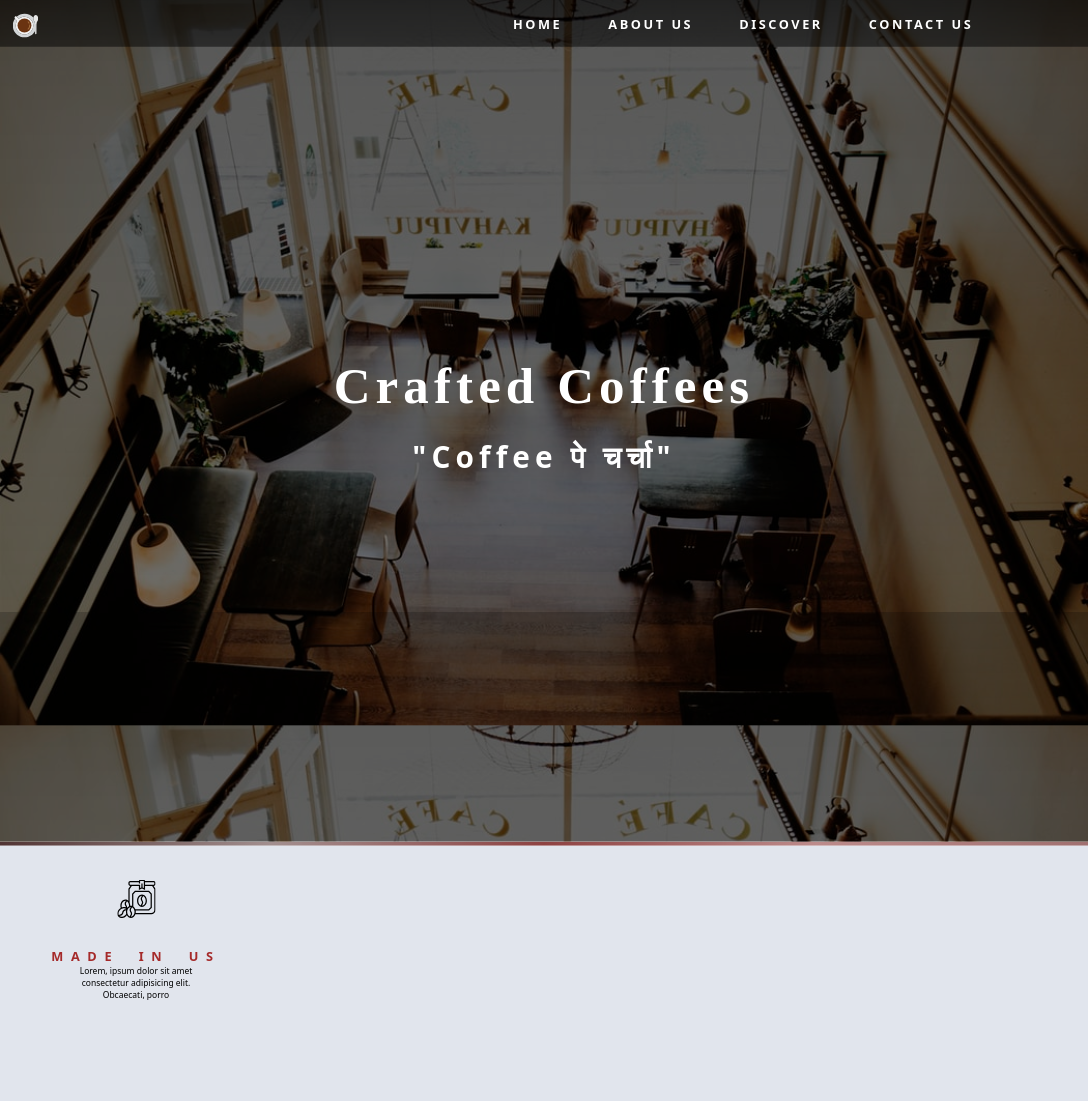
Repository: Aditya0377/Assignments
Page: Assignment/coffee/index.html
An editor plug-in stored every save of this project. The page is shown before and after the next save, followed by the edit.
The browser window is 1280 px wide. The pictures show the whole page, at 85% of full size.
Backgrounds fixed to the window are drawn as part of the page. Some web libraries are served in a nearby version.

Above is the page before, as saved 2024-02-02 14:31:01.

### Assignment/coffee/index.html
<!DOCTYPE html>
<html lang="en">

<head>
    <meta charset="UTF-8">
    <meta name="viewport" content="width=device-width, initial-scale=1.0">
    <title>Coffee</title>
    <link rel="stylesheet" href="coffee.css">
    <link rel="stylesheet" href="https://cdn.linearicons.com/free/1.0.0/icon-font.min.css">
    <script src="https://kit.fontawesome.com/edd85780d6.js" crossorigin="anonymous"></script>
</head>

<body>
    <div class="head">
        <div class="navbar">
            <a href="" class="logo"><img src="assets/logo.svg" alt=""></a>
            <div class="navmenu">
                <a href="" class="navcont">HOME</a>
                <a href="" class="navcont">ABOUT US</a>
                <a href="" class="navcont">DISCOVER</a>
                <a href="" class="navcont">CONTACT US</a>

            </div>
        </div>
        <div class="headcont">
            <h1>Crafted Coffees</h1>
            <h2>"Coffee पे चर्चा"</h2>
            <div class="arrow">
                <span class="lnr lnr-chevron-down"></span>
            </div>
        </div>
    </div>
    <div class="linearline"></div>
    <div class="one">
        <div class="onecont">
            <div><img src="assets/coffeebag.svg" alt="" class="onelogo"></div>
            <div class="onehead">MADE IN US</div>
            <div class="lorem">Lorem, ipsum dolor sit amet<br> consectetur adipisicing elit.<br> Obcaecati, porro</div>
        </div>
    </div>
</body>

</html>

### Assignment/coffee/coffee.css
* {
    margin: 0;
    padding: 0;
    box-sizing: border-box;
    font-family: system-ui, -apple-system, BlinkMacSystemFont, 'Segoe UI', Roboto, Oxygen, Ubuntu, Cantarell, 'Open Sans', 'Helvetica Neue', sans-serif;
    ;
}

a {
    text-decoration: none;
    color: black;
}

.head {
    width: 100%;
    background: linear-gradient(rgba(0, 0, 0, 0.6), rgba(0, 0, 0, 0.5)), url(assets/bg1.jpeg) center/cover no-repeat;
    background-repeat: no-repeat;
    background-attachment: fixed;
    background-size: cover;
    height: 990px;
    position: relative;
    display: flex;
    flex-direction: column;
    align-items: center;
    text-align: center;
}

.navbar {
    display: flex;
    align-items: center;
    width: 100%;
    height: 55px;
    background-image: linear-gradient(rgba(0, 0, 0, 0.6), rgba(0, 0, 0, 0.5));
    position: fixed;
    z-index: 999;

}

.navmenu {
    position: inherit;
    right: 0px;
    margin-right: 85px
}

.logo {
    align-self: flex-start;
    margin: 15px;
}

.navbar img {
    width: 30px;
}

.navcont {
    font-weight: 600;
    letter-spacing: 3px;
    font-size: 15px;
    margin-right: 50px;
    color: white;
}

.navcont:hover {
    transition: 0.5s ease;
    color: brown;
}

.headcont {
    margin-top: 420px;
    letter-spacing: 6px;
    color: white;
}

.headcont h1 {
    font-size: 60px;
    font-family: SpartanLimport;

}

.headcont h2 {
    font-weight: 600;
    margin-top: 25px;
    font-size: 35px;
    margin-bottom: 340px;
}

.lnr-chevron-down {
    font-size: 40px;
}

.arrow {
    animation-name: arrowdown;
    animation-duration: 3s;
    animation-iteration-count: infinite;
}

@keyframes arrowdown {
    0% {
        transform: translateY(0px);
    }

    50% {
        transform: translateY(50px);
    }

    100% {
        transform: translateY(0px);
    }
}

.linearline {
    width: 100%;
    background-image: linear-gradient(to left, #a07070, #bc8b8b, #8e4242, #a28f8f, #513434);
    height: 5px;
}

.one {
    width: 100%;
    display: flex;
    justify-content: p;
    align-items: center;
    background-color: #e1e5ed;
}

.onecont {
    height: 300px;
    width: 25%;
    text-align: center;

}

.onelogo {
    margin-top: 40px;
    width: 45px;
}

.onehead {
    font-size: 15px;
    letter-spacing: 9px;
    word-spacing: 10px;
    margin-top: 30px;
    color: brown;
    font-weight: 700;
}

.lorem {
    font-size: 10px;
}

After the next save:
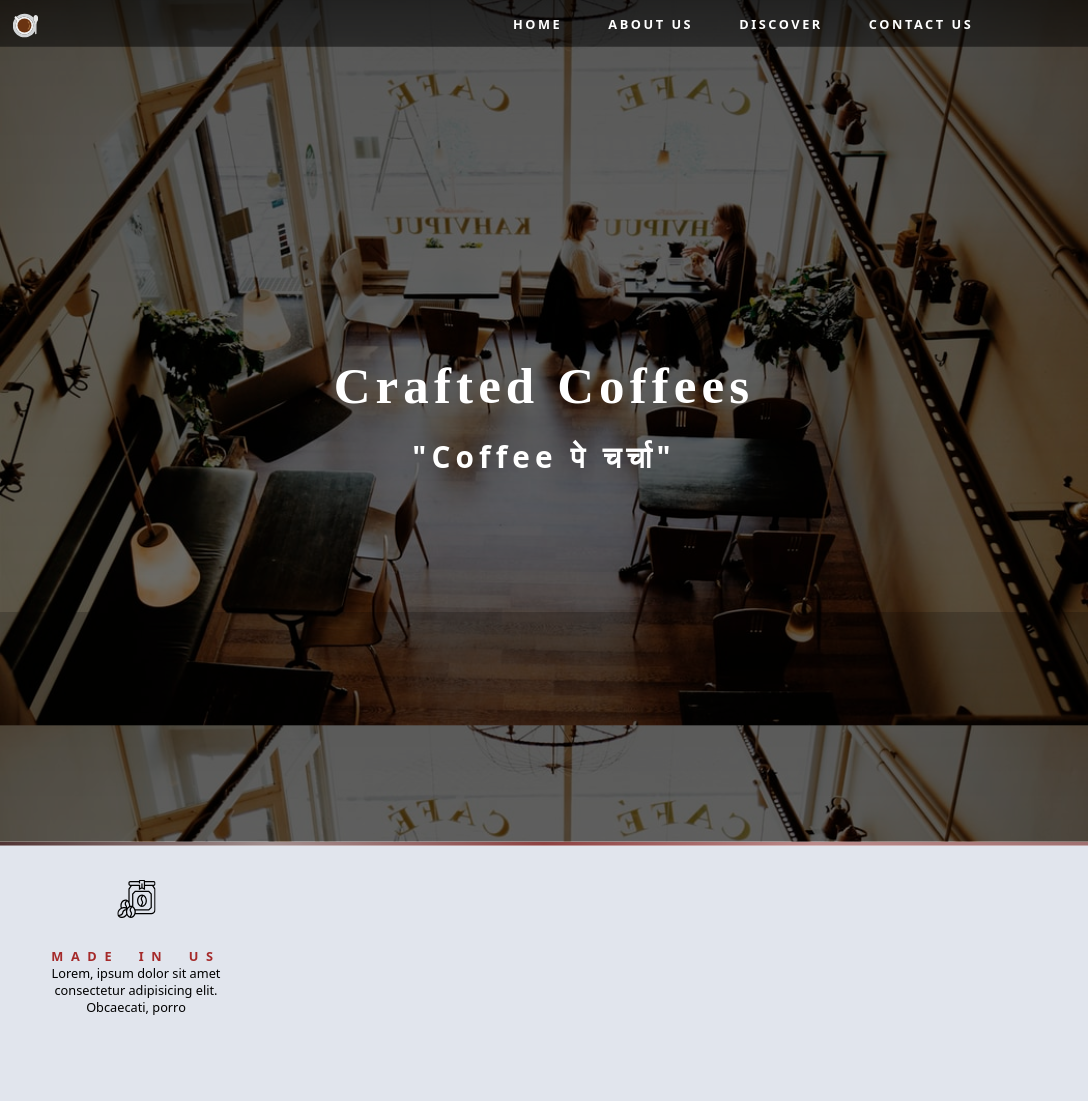
Saved 5 s later.
--- a/Assignment/coffee/coffee.css
+++ b/Assignment/coffee/coffee.css
@@ -143,5 +143,5 @@ a {
 }
 
 .lorem {
-    font-size: 10px;
+    font-size: 15px;
 }
